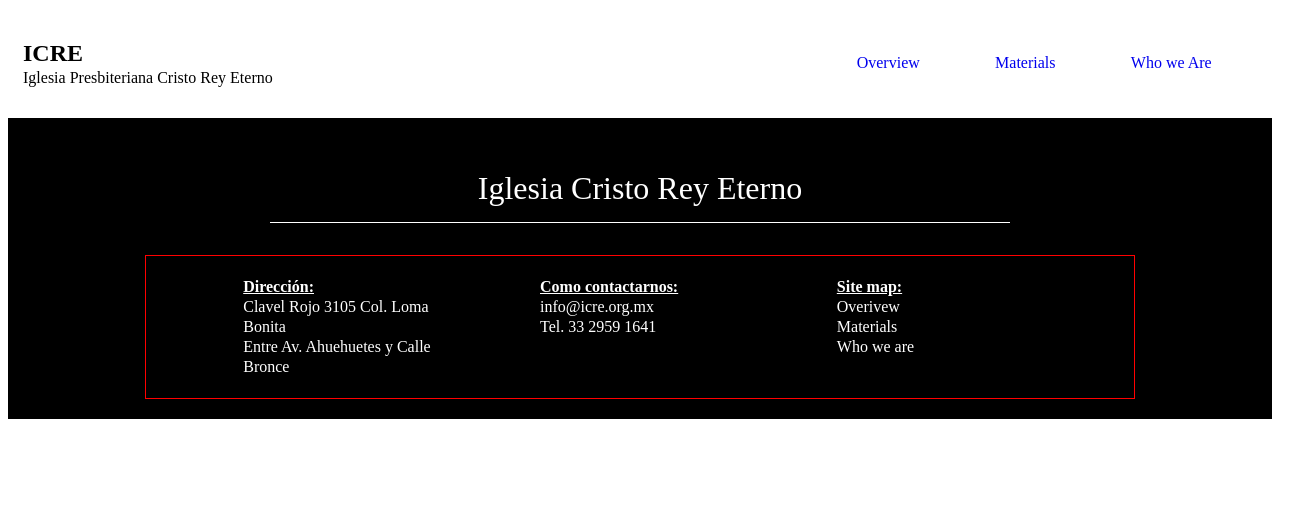
Repository: programmer686/Third-times-a-charm
Page: /Materials
An editor plug-in stored every save of this project. The page is shown before and after the next save, followed by the edit.
The browser window is 1280 px wide. The page is 1302 px wide, so the pictures cover 1302 px, including what lies to the right of the window. The pictures show the whole page.
The project was rebuilt for these pictures with package versions that can differ from the ones it lists, and the page was loaded fresh each time. The framework's server and built-in components were replaced by stand-ins that run in the browser. Also part of the build but not shown: next.config.js, src/styles/globals.css.

Above is the page before, as saved 2023-04-23 16:33:59.

### src/pages/_app.tsx
import '@/styles/globals.css'
import type { AppProps } from 'next/app'
import Layout from '@/comps/Layout'

export default function App({ Component, pageProps }: AppProps) {
  return (

  <Layout>
    <Component {...pageProps} />
  </Layout>
  )
}

### src/pages/Materials.tsx
import Image from 'next/image'
import { Inter } from 'next/font/google'
const inter = Inter({ subsets: ['latin'] })

export default function Materials() {
  return (
    <>

    </>
  )
}

### src/comps/Layout.tsx
import Footer from "./Footer/Footer";
import Navbar from "./Header/Navbar";

export default function Layout({children}) {
    return (
        <>
            <Navbar/>
            <main>{children}</main>
            <Footer/>
        </>
    )
}

### src/comps/Footer/Footer.tsx
import styles from '@/styles/Footer.module.css'

export default function Footer() {
    return (
        <footer className={styles.footer_container}>
            <p className={styles.footer_logo}>Iglesia Cristo Rey Eterno</p>
            <div className={styles.footer_info__container}>
                <div className={styles.footer_info__box}>
                    <p className={styles.footer_info__text}>
                        <strong><u>Dirección:</u></strong><br/>
                        Clavel Rojo 3105 Col. Loma Bonita<br/>
                        Entre Av. Ahuehuetes y Calle Bronce<br/>
                    </p>
                </div>
                <div className={styles.footer_info__box}>
                    <p className={styles.footer_info__text}>
                        <strong><u>Como contactarnos:</u></strong><br/>
                        info@icre.org.mx<br/>
                        Tel. 33 2959 1641 <br/>
                    </p>
                </div>
                <div className={styles.footer_info__box}>
                    <p className={styles.footer_info__text}>
                        <strong><u>Site map:</u></strong><br/>
                        Overivew<br/>
                        Materials<br/>
                        Who we are<br/>
                    </p>
                </div>
            </div>
        </footer>
    )
}

### src/comps/Header/Navbar.tsx
import Link from "next/link";
import styles from "@/styles/Navbar.module.css"
import Logo from "../Logo";
export default function Navbar() {
    return (
            <nav className={styles.nav_container}>
                <Logo/>
                    <ul className={styles.nav_link__container}>
                        <li className={styles.nav_link_li}>
                            <Link href="/" className={styles.nav_link_link}>
                                Overview
                            </Link>
                        </li>
                        <li className={styles.nav_link_li}>
                            <Link href="/Materials" className={styles.nav_link_link}>
                                Materials
                            </Link>
                        </li>
                        <li className={styles.nav_link_li}>
                            <Link href="/About" className={styles.nav_link_link}>
                                Who we Are
                            </Link>
                        </li>
                    </ul>
            </nav>
    )
}

### src/styles/Footer.module.css
.footer_container {
    background-color: black;
    margin: 0;
    padding: 20px 15px;
    display: flex;
    flex-direction: column;
    align-items: center;
}

.footer_info__container {
    width: 80%;
    padding: 5px 0px;
    border: 1px solid red;
    display: flex;
    justify-content: space-evenly;
}

.footer_info__box {
    width: 200px;

}

.footer_logo {
    width: 60%;
    font-size: 2rem;
    text-align: center;
    color: white;
    padding-bottom: 15px;
    border-bottom: 1px solid white;
}

.footer_info__text {
    color: white;
    line-height: 20px;
}

### src/styles/Navbar.module.css
.nav_container {
    width: 100%;
    padding: 10px 15px;
    margin: 0;
    display: flex;
    justify-content: space-between;
    align-items: center;
}

.nav_link__container {
    width: 40%;
    display: flex;
    justify-content: space-evenly;
    padding: 20px 0px;
    text-decoration: none;
}

.nav_link_li {

    list-style: none;
}

.nav_link_link {
    text-decoration: none;
}

### src/comps/Logo.tsx
import styles from "@/styles/Logo.module.css"

export default function Logo() {
    return (
        <main className={styles.logo_container}>
            <h1 className={styles.logo_icre_logo}>ICRE</h1>
            <p className={styles.logo_icre_fullname}>Iglesia Presbiteriana Cristo Rey Eterno</p>
        </main>
    )
}

### src/styles/Logo.module.css
.logo_conteinr, .logo_icre_logo, .logo_icre_fullname {
    padding: 0;
    margin: 2px 0;
}

Loaded but not shown: src/pages/_document.tsx (common file)

After the next save:
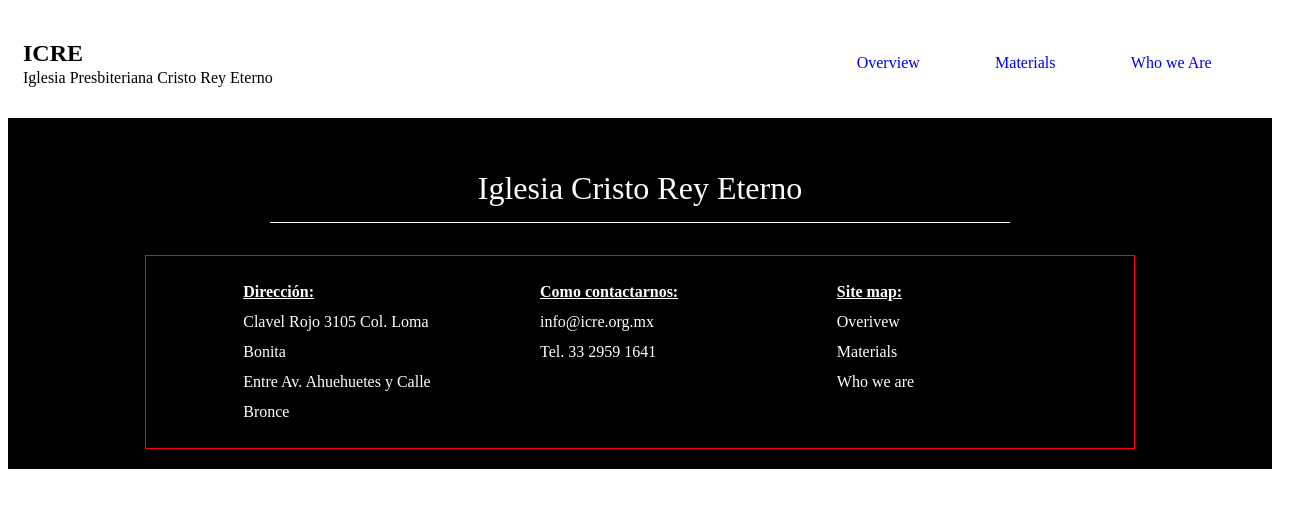
Saved 9 s later.
--- a/src/styles/Footer.module.css
+++ b/src/styles/Footer.module.css
@@ -31,5 +31,5 @@
 
 .footer_info__text {
     color: white;
-    line-height: 20px;
+    line-height: 30px;
 }
